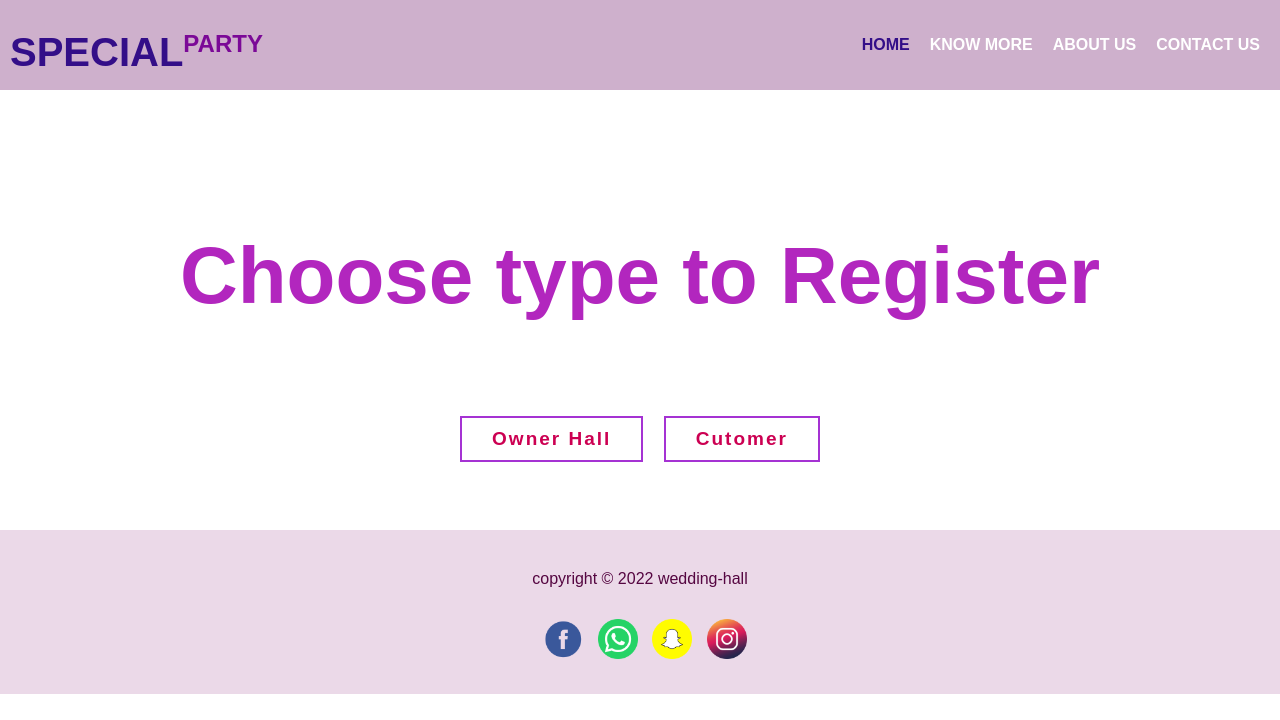
Repository: special4Party/Graduation-project-wedding-hall
Page: http://localhost/include/temp/choosing_type_signup.html
The author's editor kept a copy of each file at every save. The page is drawn from the files as they stood at one save, then again after the next save.
The browser window is 1280 px wide. The pictures show the whole page.
The pointer rests on the first visible `.btn`.
The page is run by PHP 8.4 with error messages shown; the project is at /var/www/html/.

Above is the page before, as saved 2022-04-14 14:23:35.

After the next save:
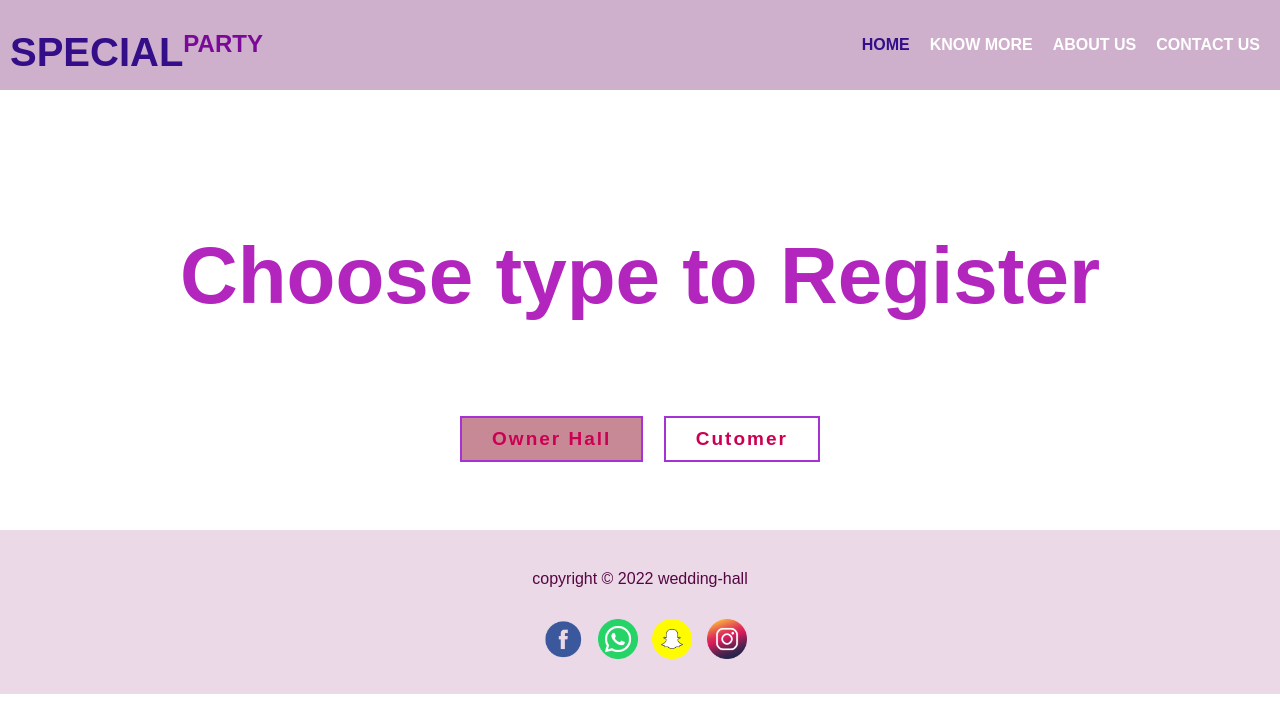
Saved 97 s later.
--- a/layout/css/type_signup.css
+++ b/layout/css/type_signup.css
@@ -77,6 +77,10 @@
     font-weight: bold;
     margin: 40px 8px;
 }
+.btn:hover{
+    color: #cc0052;
+    background-color: rgb(199, 137, 149);
+}
 
 
 /* ---end body------ */
